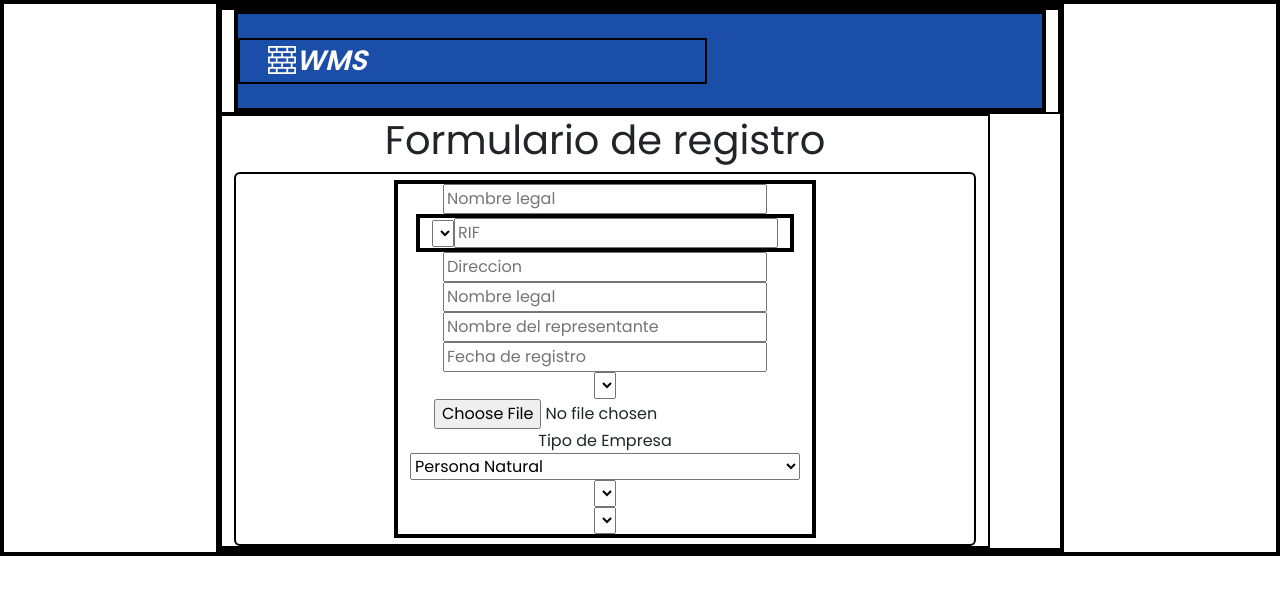
Repository: Rafa-x64/Gestion_inventario_practica
Page: http://localhost/Gestion_inventario/index.php?page=registro-empresa
An editor plug-in stored every save of this project. The page is shown before and after a run of saves, followed by the edit.
The browser window is 1280 px wide. The pictures show the whole page.
The page is run by PHP 8.4 with error messages shown; the project is at /var/www/html/.

Above is the page before, as saved 2025-07-22 17:55:18.

After the next 6 saves:
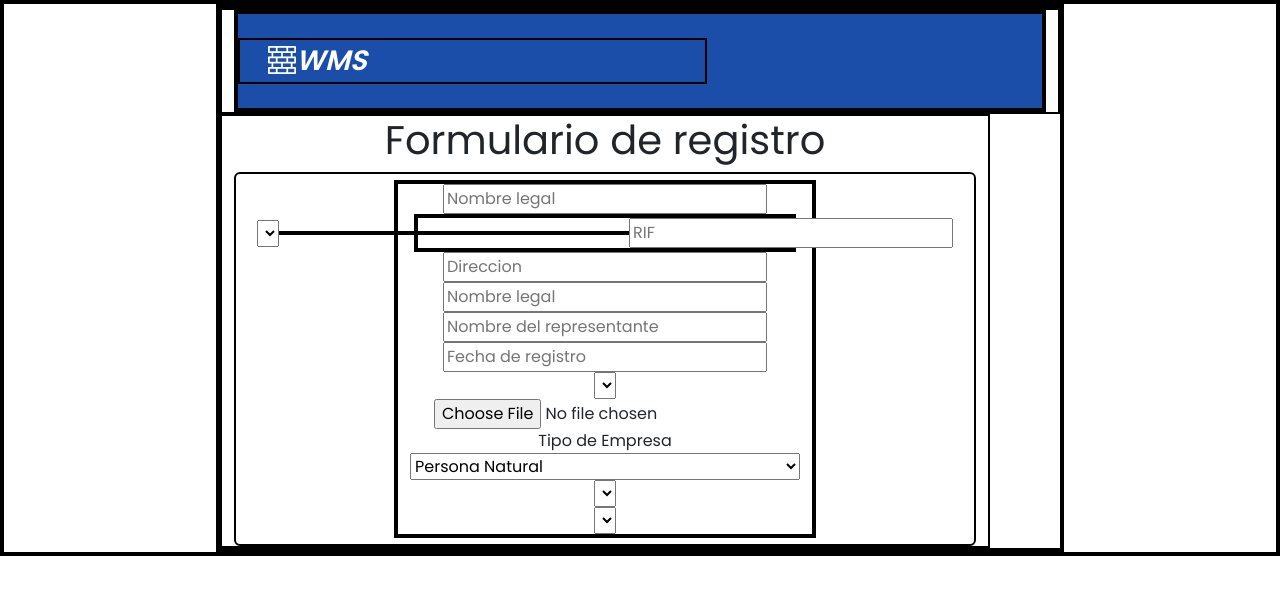
The 6 saves are shown as one change because they came seconds apart.
The last was saved 23 h 2 min later.
--- a/view/php/registro-empresa-view.php
+++ b/view/php/registro-empresa-view.php
@@ -40,6 +40,7 @@
                                             <option value=""></option>
                                             <option value=""></option>
                                         </select>
+                                        <div class="col-12"></div>
                                         <input type="text" name="" id="rif" placeholder="RIF">
                                     </div>
                                 </div>
